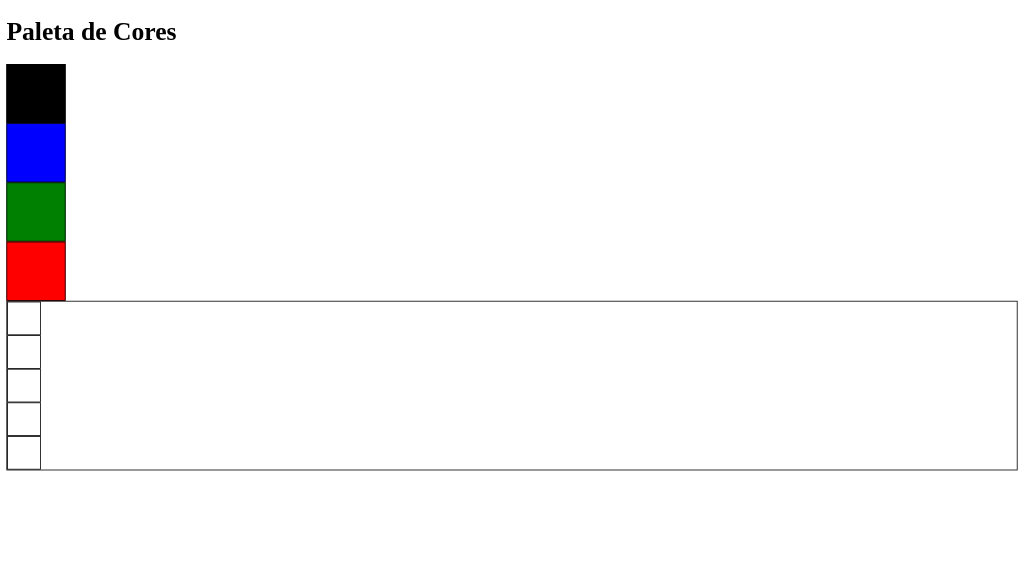
Repository: MuriloColleti/project-Pixer-Art
Page: index.html
The author's editor kept a copy of each file at every save. The page is drawn from the files as they stood at one save, then again after the next save.
The browser window is 1280 px wide. The pictures show the whole page, at 80% of full size.

Above is the page before, as saved 2024-02-05 16:41:16.

After the next save:
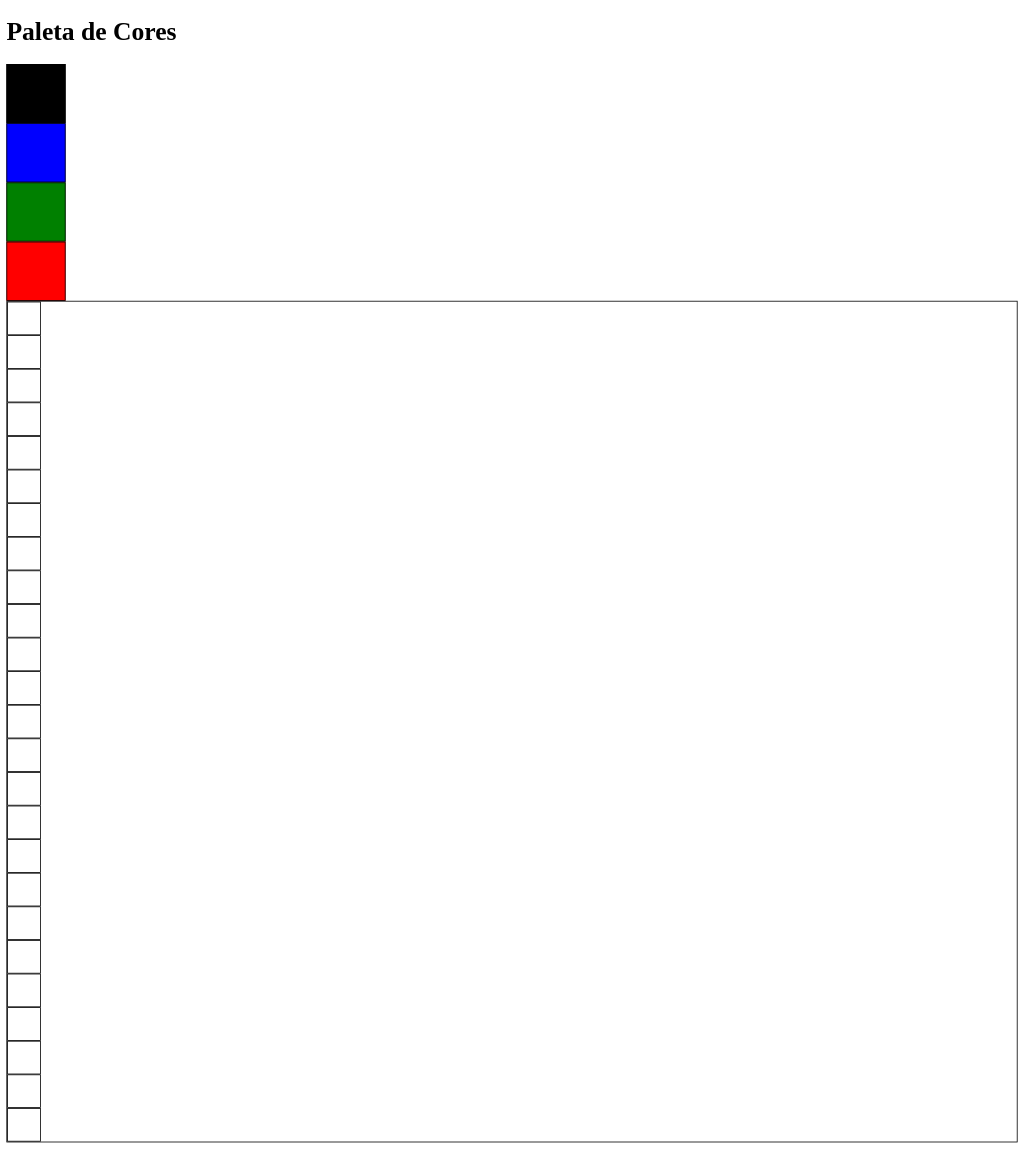
Saved 63 s later.
--- a/script.js
+++ b/script.js
@@ -8,8 +8,11 @@ var pixeltable = document.getElementById('pixel-board');
 
 for(linha = 0; linha < 5; linha += 1){
 
+
+    for(pixel = 0; pixel < 5; pixel += 1){
     var newPixel = document.createElement('div')
     newPixel.classList.add('pixel')
     pixeltable.appendChild(newPixel);
+    }
 
 }
